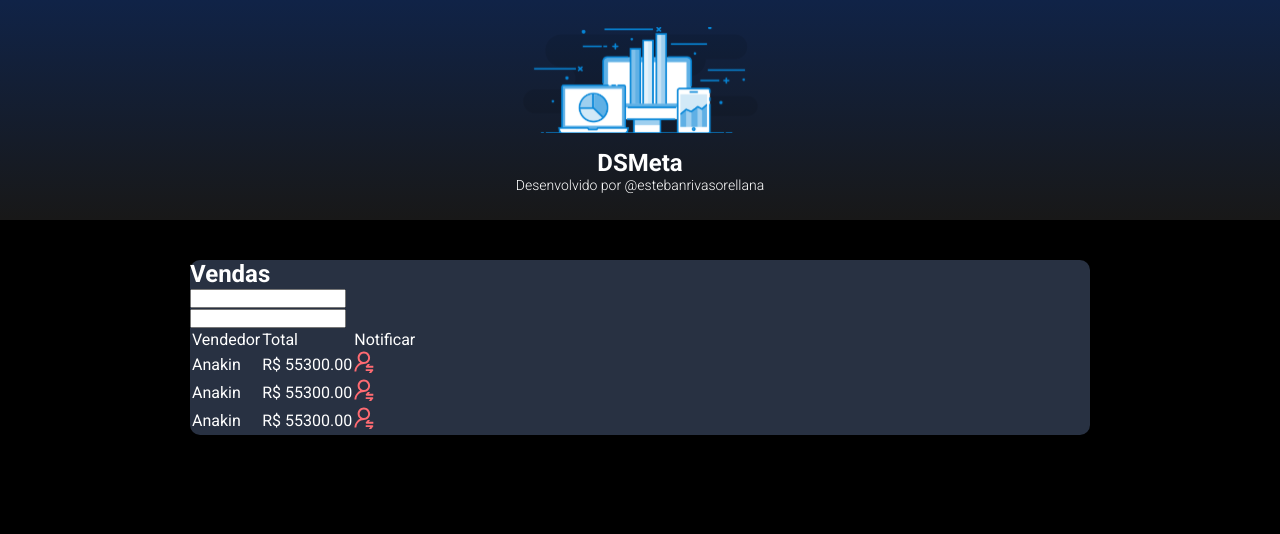
Repository: estebanrivas/dsmeta-css
Page: index.html
These files come from the project's save history. The page is drawn as it stood at one moment and after the next save; the edit follows.
The browser window is 1280 px wide. The pictures show the whole page.

Above is the page before, as saved 2022-09-08 21:42:19.

### index.html
<!DOCTYPE html>
<html lang="en">

<head>
    <meta charset="UTF-8">
    <meta http-equiv="X-UA-Compatible" content="IE=edge">
    <meta name="viewport" content="width=device-width, initial-scale=1.0">
    <title>DSMeta</title>

    <link rel="stylesheet" href="css/styles.css">
</head>

<body>
    <header>
        <div class="dsmeta-logo-container">
            <img src="images/logo.svg" alt="DSMeta">
            <h1>DSMeta</h1>
            <p>Desenvolvido por
                <a href="https://www.instagram.com/estebanrivasorellana/">@estebanrivasorellana</a>
            </p>
        </div>
    </header>

    <main>
        <section id="sales">
            <div class="dsmeta-container">
                <div class="dsmeta-card">
                    <h2>Vendas</h2>

                    <div>
                        <div>
                            <input type="text">
                        </div>
                        <div>
                            <input type="text">
                        </div>
                    </div>

                    <div>
                        <table>
                            <thead>
                                <tr>
                                    <td>Vendedor</td>
                                    <td>Total</td>
                                    <td>Notificar</td>
                                </tr>
                            </thead>
                            <tbody>
                                <tr>
                                    <td>Anakin</td>
                                    <td>R$ 55300.00</td>
                                    <td><img src="images/notification-icon.svg" alt="Notificar"></td>
                                </tr>
                                <tr>
                                    <td>Anakin</td>
                                    <td>R$ 55300.00</td>
                                    <td><img src="images/notification-icon.svg" alt="Notificar"></td>
                                </tr>
                                <tr>
                                    <td>Anakin</td>
                                    <td>R$ 55300.00</td>
                                    <td><img src="images/notification-icon.svg" alt="Notificar"></td>
                                </tr>
                            </tbody>
                        </table>
                    </div>
                </div>
            </div>
        </section>
    </main>


</body>

</html>

### css/styles.css
@import url("https://fonts.googleapis.com/css2?family=Roboto:wght@300;400;700&display=swap");

* {
  font-family: "Roboto", sans-serif;
  box-sizing: border-box;
  margin: 0;
  padding: 0;
}

body,
html {
  background-color: #000;
  color: #fff;
}

a,
a:hover,
a:visited {
  color: unset;
  text-decoration: none;
}

header {
  height: 220px;
  background: linear-gradient(180deg, #102347 0%, #181818 100%);
  display: flex;
  align-items: center;
  justify-content: center;
}

.dsmeta-logo-container {
  display: flex;
  flex-direction: column;
  align-items: center;
}

.dsmeta-logo-container img {
  width: 235px;
}

.dsmeta-logo-container h1 {
  padding-top: 15px;
  font-size: 24px;
}

.dsmeta-logo-container p {
  font-size: 14px;
  font-weight: 300;
}

#sales {
  padding: 40px 10px;

}

.dsmeta-container {
  width: 100%;
  max-width: 900px;
  margin: 0 auto;
}

.dsmeta-card {
  background-color: #283142;
  border-radius: 10px;
  padding: ;
}

After the next save:
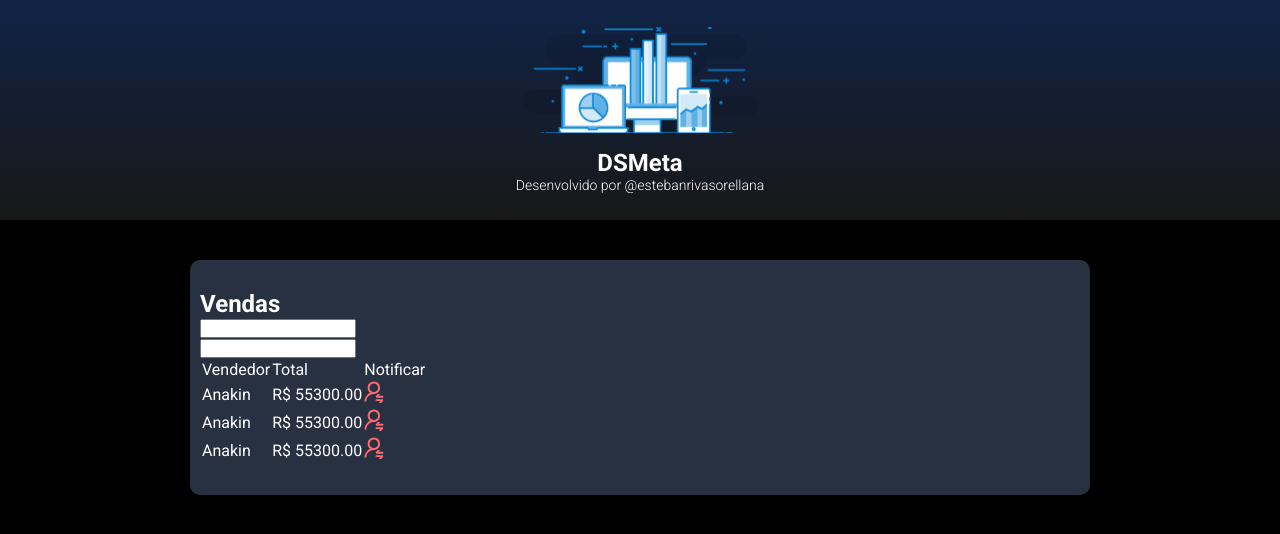
Saved 5 s later.
--- a/css/styles.css
+++ b/css/styles.css
@@ -62,5 +62,5 @@ header {
 .dsmeta-card {
   background-color: #283142;
   border-radius: 10px;
-  padding: ;
+  padding: 30px 10px;
 }
